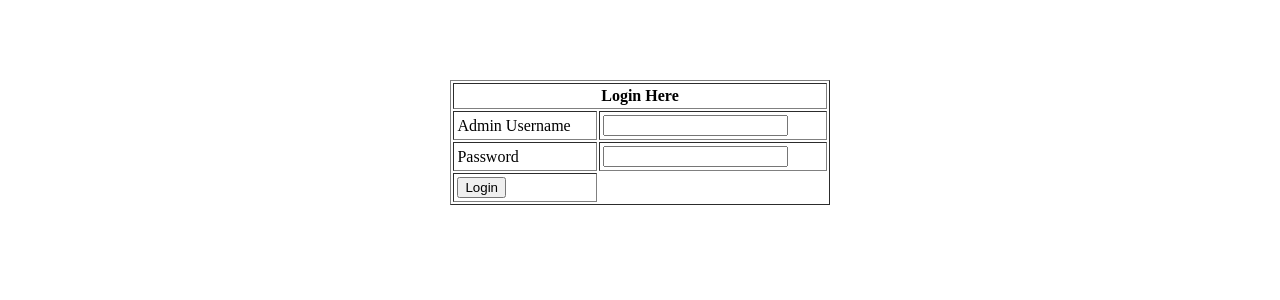
Repository: ameena017/bank-app
Page: http://localhost/banking-app/loginError.jsp
The author's editor kept a copy of each file at every save. The page is drawn from the files as they stood at one save, then again after the next save.
The browser window is 1280 px wide. The pictures show the whole page.
The page is served by Tomcat 9. Nobody is signed in. The application's start-up code is not run. Other server files are loaded and not shown.

Above is the page before, as saved 2017-09-19 06:41:11.

### banking-app/WebContent/loginError.jsp

<%@page contentType="text/html" pageEncoding="UTF-8"%>
<!DOCTYPE html>
<html>
    <head>
        <meta http-equiv="Content-Type" content="text/html; charset=UTF-8">
        <title>Welcome to United Bank</title>
    </head>
    <body>
    </br>
    </br>
    </br>

        <form method="post" action="login">


            <center>
            <table border="1" width="30%" cellpadding="3">
                <thead>
                    <tr>
                        <th colspan="2">Login Here</th>
                    </tr>
                </thead>
                <tbody>
                    <tr>
                        <td>Admin Username</td>
                        <td><input type="text" name="acc_no" value="" /></td>
                    </tr>
                    <tr>
                        <td>Password</td>
                        <td><input type="password" name="password" value="" /></td>
                    </tr>
                    <tr>
                      &nbsp; <td><input type="submit" value="Login" /></td>
                       <!--  <td><input type="reset" value="Reset" /></td> -->
                    </tr>

                </tbody>
            </table>
            </center>
        </form>
    </body>
</html>

After the next save:
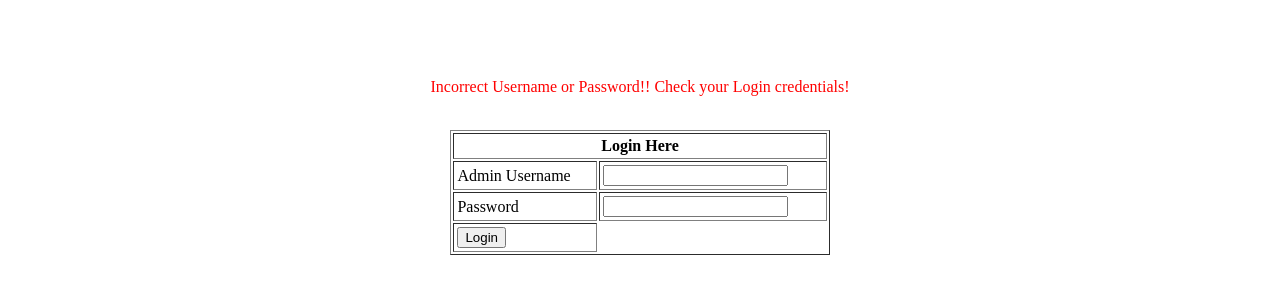
Saved 2 min 42 s later.
--- a/banking-app/WebContent/loginError.jsp
+++ b/banking-app/WebContent/loginError.jsp
@@ -15,6 +15,7 @@
 
 
             <center>
+            <p style="color:red;">Incorrect Username or Password!! Check your Login credentials!</p>
             <table border="1" width="30%" cellpadding="3">
                 <thead>
                     <tr>
